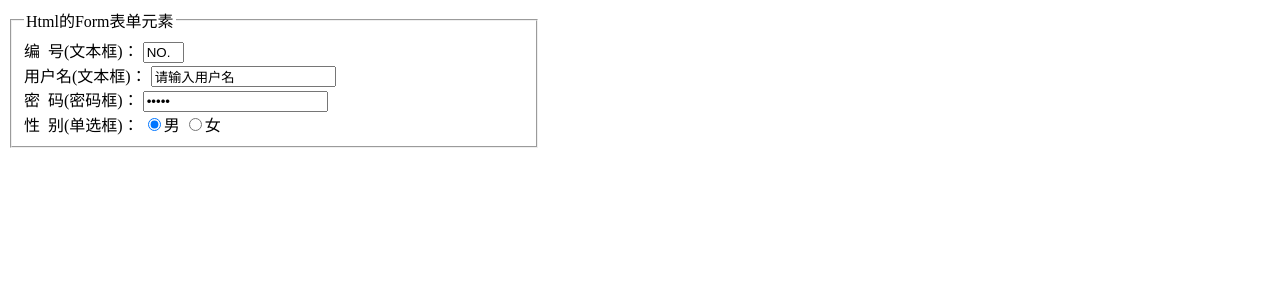
Repository: frankstar007/java
Page: http://localhost/Servlet_Study/request_form1.jsp
These files come from the project's save history. The page is drawn as it stood at one moment and after a run of saves; the edit follows.
The browser window is 1280 px wide. The pictures show the whole page.
The page is served by Tomcat 9. Nobody is signed in. The application's start-up code is not run.

Above is the page before, as saved 2016-05-01 02:37:32.

After the next 2 saves:
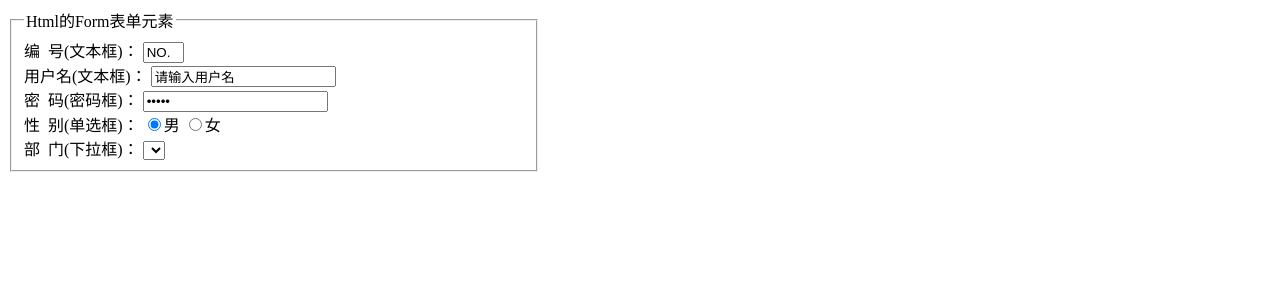
The 2 saves are shown as one change because they came seconds apart.
The last was saved 31 s later.
--- a/Servlet_Study/WebContent/request_form1.jsp
+++ b/Servlet_Study/WebContent/request_form1.jsp
@@ -18,6 +18,8 @@
 	性&nbsp;&nbsp;别(单选框)：
 	<input type="radio" name="sex" value="男" checked>男
 	<input type="radio" name="sex" value="女">女<br>
+	部&nbsp;&nbsp;门(下拉框)：
+	<select name="dept">
 
 
 
